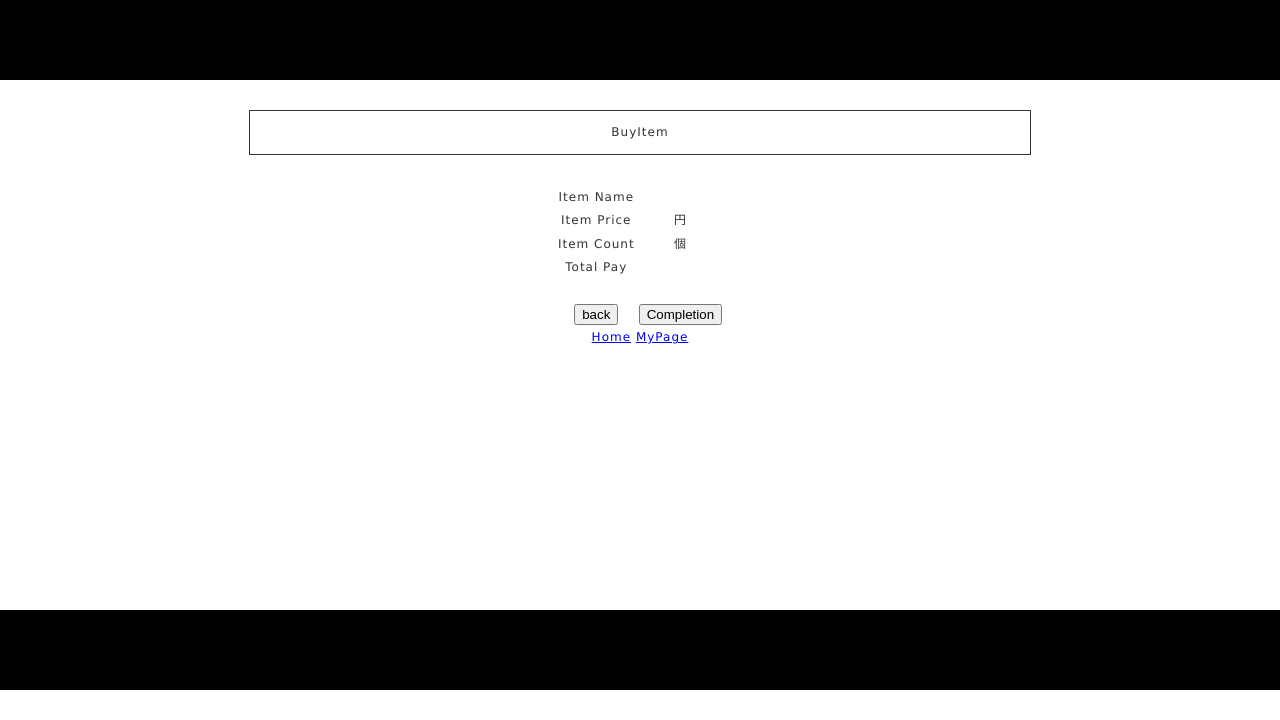
Repository: user-yo-yo/test
Page: http://localhost/ecsite2/buyItemConfirm.jsp
An editor plug-in stored every save of this project. The page is shown before and after the next save, followed by the edit.
The browser window is 1280 px wide. The pictures show the whole page.
Some web libraries are served in a nearby version. The page is served by Tomcat 9.

Above is the page before, as saved 2019-03-19 08:41:13.

After the next save:
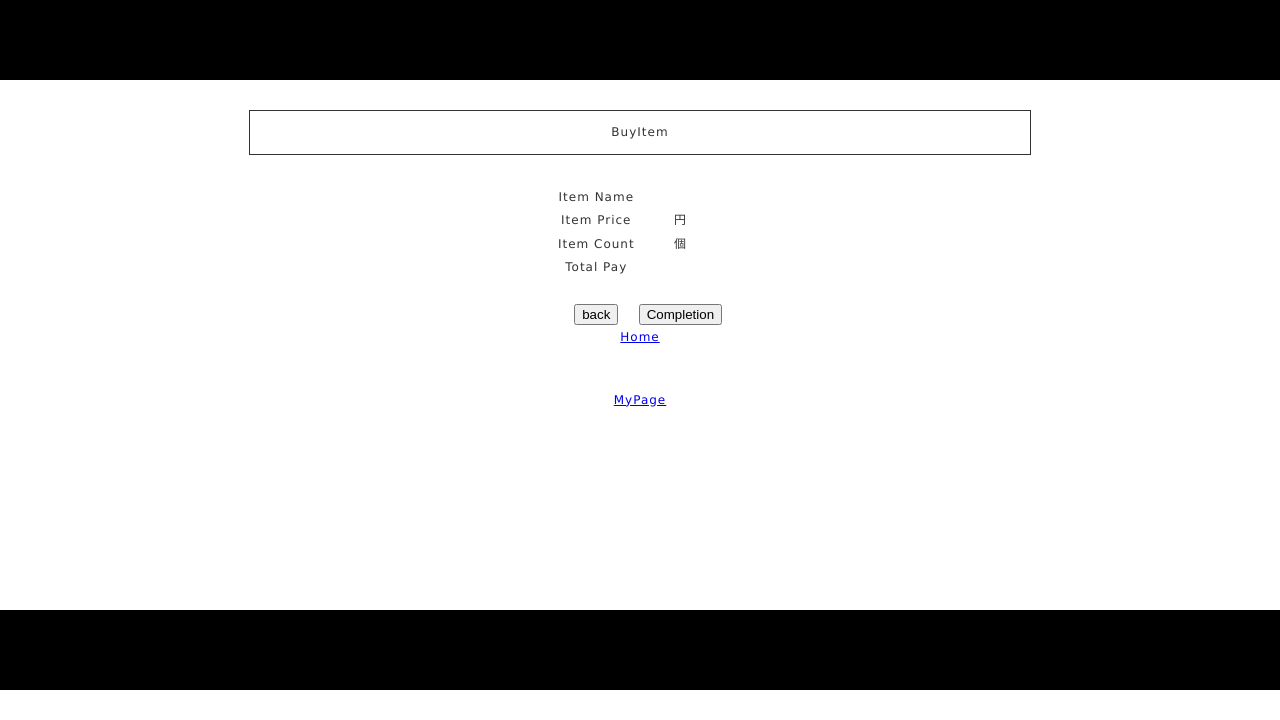
Saved 114 s later.
--- a/ecsite2/WebContent/buyItemConfirm.jsp
+++ b/ecsite2/WebContent/buyItemConfirm.jsp
@@ -110,6 +110,7 @@
 			</s:form>
 			<div>
 				<a href='<s:url action="GoHomeAction" />'>Home</a>
+				<p><br></p>
 				<a href='<s:url action="MyPageAction" />'>MyPage</a>
 			</div>
 		</div>
